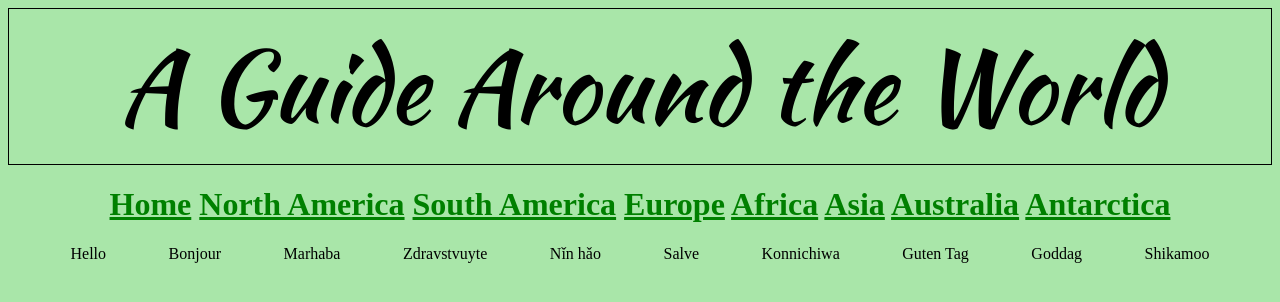
Repository: alharama/StaticWebsite
Page: index.html
These files come from the project's save history. The page is drawn as it stood at one moment and after the next save; the edit follows.
The browser window is 1280 px wide. The pictures show the whole page.

Above is the page before, as saved 2021-09-20 20:20:54.

After the next save:
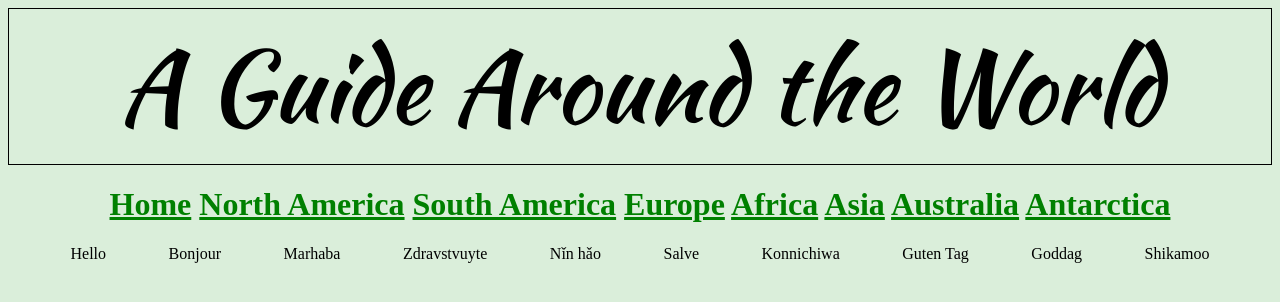
Saved 7 s later.
--- a/index.html
+++ b/index.html
@@ -20,7 +20,7 @@
         body {
             display: flex;
             flex-direction: column;
-            background-color: rgb(169, 230, 169);
+            background-color: rgb(218, 238, 218);
         }
 
         h1 {
